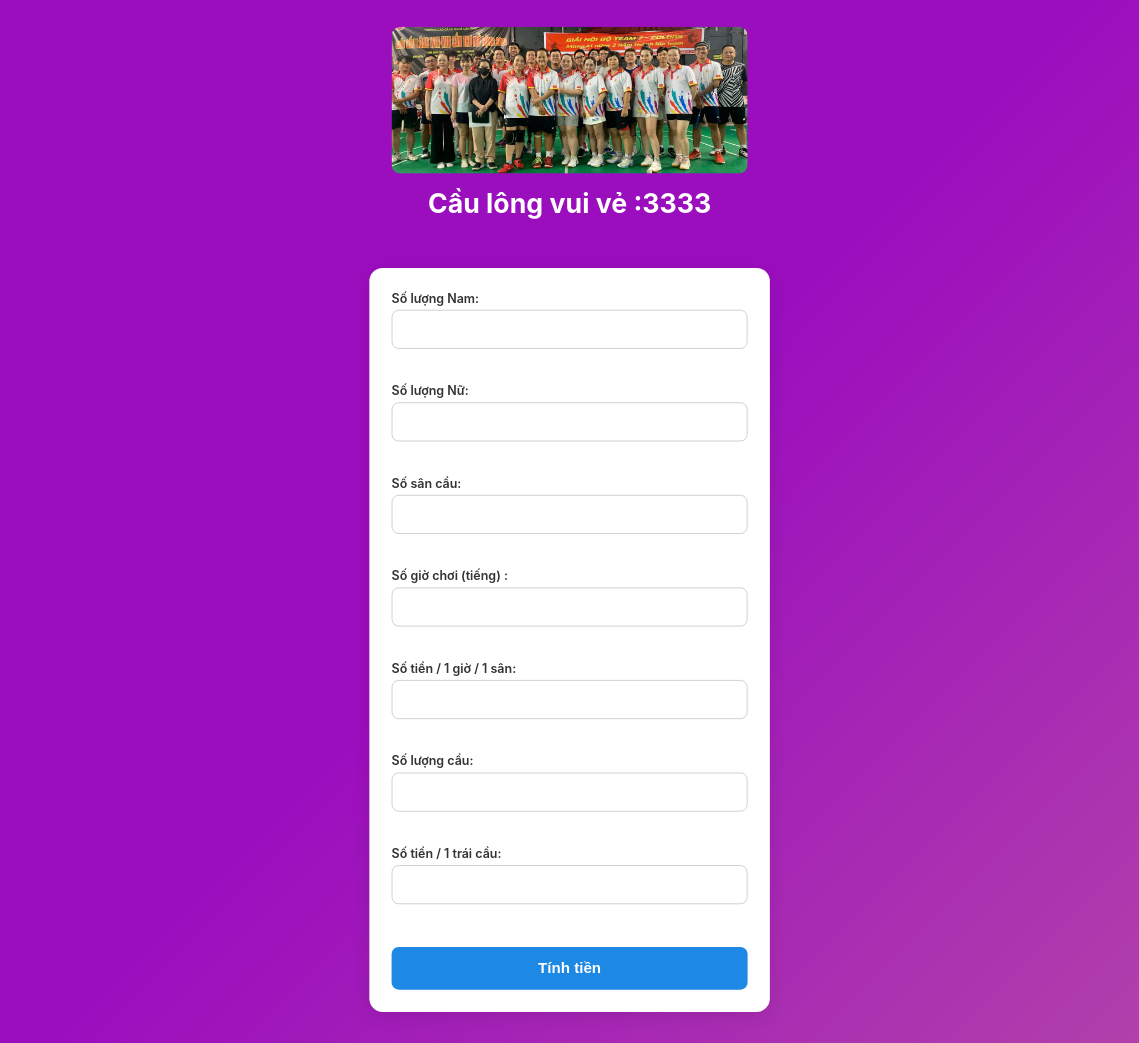
Repository: LuongPTCE181311/Badminton
Page: index.html
These files come from the project's save history. The page is drawn as it stood at one moment and after the next save; the edit follows.
The browser window is 1280 px wide. The pictures show the whole page, at 89% of full size.

Above is the page before, as saved 2025-12-07 22:27:55.

### index.html
<!DOCTYPE html>
<html lang="vi">

<head>
    <meta charset="UTF-8" />
    <meta name="viewport" content="width=device-width, initial-scale=1.0" />
    <title>Tính Tiền Sân Cầu Lông</title>
    <link rel="stylesheet" href="assets/css/style.css" />
</head>

<body>


    <div class="hero">
        <img src="assets/images/Caulongvuive.jpg" id="img" class="hero-img" alt="Group" />
        <h1 class="title">Cầu lông vui vẻ :3333</h1>
    </div>


    <div class="container">
        <form id="calcForm">


            <div class="form-group">
                <label>Số lượng Nam:</label>
                <input type="number" id="men" />
                <span class="error" id="men_err"></span>
            </div>


            <div class="form-group">
                <label>Số lượng Nữ:</label>
                <input type="number" id="women" />
                <span class="error" id="women_err"></span>
            </div>


            <div class="form-group">
                <label>Số sân cầu:</label>
                <input type="number" id="courts" />
                <span class="error" id="courts_err"></span>
            </div>


            <div class="form-group">
                <label>Số giờ chơi (tiếng) :</label>
                <input type="number" id="hours" />
                <span class="error" id="hours_err"></span>
            </div>


            <div class="form-group">
                <label>Số tiền / 1 giờ / 1 sân:</label>
                <input type="number" id="pricePerHour" />
                <span class="error" id="pricePerHour_err"></span>
            </div>


            <div class="form-group">
                <label>Số lượng cầu:</label>
                <input type="number" id="shuttleCount" />
                <span class="error" id="shuttleCount_err"></span>
            </div>


            <div class="form-group">
                <label>Số tiền / 1 trái cầu:</label>
                <input type="number" id="pricePerShuttle" />
                <span class="error" id="pricePerShuttle_err"></span>
            </div>


            <button type="button" id="calculateBtn" class="btn">Tính tiền</button>
        </form>
    </div>


    <div id="resultModal" class="modal hidden">
        <div class="modal-content">
            <h2>Kết Quả Tính Tiền</h2>
            <div id="result"></div>
            <button id="closeModal" class="close-btn">Đóng</button>
        </div>
    </div>


    <script src="assets/js/main.js"></script>
</body>

</html>

### assets/css/style.css
* {
  box-sizing: border-box;
}

body {
  margin: 0;
  padding: 10px;
  font-family: -apple-system, BlinkMacSystemFont, "Segoe UI", Roboto,
    "Helvetica Neue", Arial, sans-serif;
  background: linear-gradient(135deg, #9b0ebe 50%, #b140ab 100%);
  min-height: 100vh;
}

.hero {
  text-align: center;
  padding: 20px 0;
  max-width: 100%;
  overflow: hidden;
}

.hero-img {
  width: 100%;
  max-width: 400px;
  height: auto;
  display: block;
  margin: 0 auto 15px auto;
  border-radius: 10px;
  object-fit: cover;
}

.title {
  font-size: clamp(24px, 5vw, 30px);
  font-weight: bold;
  color: white;
  margin: 10px 0;
  text-shadow: 2px 2px 4px rgba(0, 0, 0, 0 3);
  padding: 0 15px;
}

.container {
  width: calc(100% - 20px);
  max-width: 450px;
  margin: 25px auto;
  background: white;
  padding: 25px;
  border-radius: 15px;
  box-shadow: 0 4px 20px rgba(0, 0, 0, 0.1);
}

.form-group {
  margin-bottom: 15px;
}

label {
  font-weight: 600;
  display: block;
  margin-bottom: 5px;
  font-size: 14px;
  color: #333;
}

input {
  width: 100%;
  padding: 12px;
  border-radius: 8px;
  border: 1px solid #ccc;
  transition: 0.3s;
  font-size: 16px;
  -webkit-appearance: none;
  appearance: none;
}

input:focus {
  outline: none;
  border-color: #1e88e5;
  box-shadow: 0 0 0 3px rgba(30, 136, 229, 0.1);
}

input.error-border {
  border-color: #e53935 !important;
}

.error {
  font-size: 12px;
  color: #e53935;
  display: block;
  margin-top: 5px;
  min-height: 18px;
}

.btn {
  width: 100%;
  padding: 14px;
  background: #1e88e5;
  color: white;
  font-size: 17px;
  font-weight: 600;
  border: none;
  border-radius: 8px;
  cursor: pointer;
  transition: background 0.3s, transform 0.1s;
  margin-top: 10px;
}

.btn:hover {
  background: #1976d2;
}

.btn:active {
  transform: scale(0.98);
}

.modal {
  position: fixed;
  inset: 0;
  background: rgba(0, 0, 0, 0.5);
  display: flex;
  justify-content: center;
  align-items: center;
  z-index: 1000;
  padding: 20px;
}

.hidden {
  display: none !important;
}

.modal-content {
  background: white;
  padding: 25px;
  width: calc(100% - 40px);
  max-width: 400px;
  border-radius: 15px;
  text-align: left;
  box-shadow: 0 4px 15px rgba(0, 0, 0, 0.2);
  max-height: 90vh;
  overflow-y: auto;
}

.modal-content h2 {
  margin-top: 0;
  margin-bottom: 20px;
  text-align: center;
  color: #333;
  font-size: clamp(20px, 4vw, 24px);
}

#result {
  line-height: 1.8;
  font-size: 14px;
  color: #555;
}

#result b {
  color: #333;
}

. close-btn {
  margin-top: 20px;
  background: #e53935;
  color: white;
  padding: 12px;
  width: 100%;
  border: none;
  border-radius: 8px;
  cursor: pointer;
  font-size: 16px;
  font-weight: 600;
  transition: background 0.3s, transform 0.1s;
}

.close-btn:hover {
  background: #d32f2f;
}

. close-btn:active {
  transform: scale(0.98);
}

/* Tablet devices */
@media screen and (max-width: 768px) {
  body {
    padding: 10px;
  }

  . container {
    width: calc(100% - 20px);
    margin: 20px auto;
    padding: 20px;
  }

  . hero {
    padding: 15px 0;
  }

  .hero-img {
    max-width: 350px;
  }
}

/* Mobile devices */
@media screen and (max-width: 480px) {
  body {
    padding: 10px;
  }

  .container {
    width: calc(100% - 20px);
    margin: 15px auto;
    padding: 20px 15px;
    border-radius: 12px;
  }

  .hero {
    padding: 10px 0;
  }

  . hero-img {
    max-width: 100%;
    width: calc(100% - 20px);
    margin: 0 auto 10px auto;
  }

  .title {
    font-size: 22px;
    padding: 0 10px;
  }

  . form-group {
    margin-bottom: 12px;
  }

  label {
    font-size: 14px;
  }

  input {
    padding: 12px;
    font-size: 16px;
  }

  .btn {
    padding: 14px;
    font-size: 16px;
  }

  . modal {
    padding: 15px;
  }

  .modal-content {
    width: calc(100% - 30px);
    padding: 20px;
    border-radius: 12px;
  }

  .modal-content h2 {
    font-size: 20px;
    margin-bottom: 15px;
  }

  #result {
    font-size: 13px;
    line-height: 1.7;
  }

  .close-btn {
    padding: 12px;
    font-size: 15px;
  }
}

/* Very small mobile devices */
@media screen and (max-width: 360px) {
  body {
    padding: 8px;
  }

  . container {
    width: calc(100% - 16px);
    padding: 15px 12px;
  }

  . title {
    font-size: 20px;
  }

  . hero-img {
    width: calc(100% - 16px);
  }

  input {
    padding: 10px;
  }

  .btn {
    padding: 12px;
    font-size: 15px;
  }

  .modal-content {
    width: calc(100% - 24px);
    padding: 15px;
  }

  #result {
    font-size: 12px;
  }
}

/* Landscape orientation on mobile */
@media screen and (max-height: 600px) and (orientation: landscape) {
  body {
    padding: 5px;
  }

  . hero {
    padding: 5px 0;
  }

  .hero-img {
    max-width: 200px;
    max-height: 120px;
    margin-bottom: 5px;
  }

  .title {
    font-size: 18px;
    margin: 5px 0;
  }

  .container {
    margin: 10px auto;
    width: calc(100% - 10px);
    max-width: 600px;
  }

  . modal-content {
    max-height: 85vh;
  }
}

### assets/js/main.js
// ===================== VALIDATION =========================

function setError(id, message) {
  const input = document.getElementById(id);
  const err = document.getElementById(id + "_err");
  err.textContent = message;
  input.classList.add("error-border");
}

function clearError(id) {
  const input = document.getElementById(id);
  const err = document.getElementById(id + "_err");
  err.textContent = "";
  input.classList.remove("error-border");
}

function validateField(id) {
  const value = document.getElementById(id).value.trim();

  switch (id) {
    case "men":
    case "women":
      if (value === "" || isNaN(value) || parseInt(value) < 0) {
        setError(id, "Giá trị phải ≥ 0");
        return false;
      }
      // Kiểm tra cả nam và nữ đều là 0
      const men = parseInt(document.getElementById("men").value) || 0;
      const women = parseInt(document.getElementById("women").value) || 0;
      if (men === 0 && women === 0) {
        setError(id, "Nam + Nữ phải ≥ 1");
        return false;
      }
      break;

    case "courts":
      if (value === "" || isNaN(value) || parseInt(value) <= 0) {
        setError(id, "Số sân phải > 0");
        return false;
      }
      break;

    case "hours":
      if (value === "" || isNaN(value) || parseFloat(value) <= 0) {
        setError(id, "Số giờ phải > 0 (cho phép thập phân)");
        return false;
      }
      break;

    case "pricePerHour":
      if (value === "" || isNaN(value) || parseInt(value) < 1000) {
        setError(id, "Tiền / giờ phải ≥ 1000đ");
        return false;
      }
      break;

    case "shuttleCount":
      if (value === "" || isNaN(value) || parseInt(value) <= 0) {
        setError(id, "Số lượng cầu phải > 0");
        return false;
      }
      break;

    case "pricePerShuttle":
      if (value === "" || isNaN(value) || parseInt(value) < 1000) {
        setError(id, "Tiền 1 trái cầu phải ≥ 1000đ");
        return false;
      }
      break;
  }

  clearError(id);
  return true;
}

// Gắn validate realtime
[
  "men",
  "women",
  "courts",
  "hours",
  "pricePerHour",
  "shuttleCount",
  "pricePerShuttle",
].forEach((id) => {
  document.getElementById(id).addEventListener("input", () => {
    validateField(id);
    // Khi thay đổi nam hoặc nữ, validate cả 2 trường
    if (id === "men" || id === "women") {
      const otherId = id === "men" ? "women" : "men";
      validateField(otherId);
    }
  });
});

// ===================== MODAL =========================

function closeModal() {
  document.getElementById("resultModal").classList.add("hidden");
}

function openModal() {
  document.getElementById("resultModal").classList.remove("hidden");
}

document.getElementById("closeModal").addEventListener("click", closeModal);

function roundUpToThousand(num) {
  return Math.ceil(num / 1000) * 1000;
}

// ===================== THUẬT TOÁN TỐI ƯU =========================

function findOptimalSplit(total, men, women) {
  let bestSolution = null;
  let minDifference = Infinity; // Chênh lệch giữa tổng thực tế và tổng dự kiến

  // Thử các chênh lệch từ 3000đ đến 5000đ
  for (let targetDiff = 3000; targetDiff <= 5000; targetDiff += 1000) {
    // Giải hệ phương trình để tìm perMan và perWoman ban đầu
    // perMan * men + perWoman * women = total
    // perMan - perWoman = targetDiff

    let perWoman = (total - targetDiff * men) / (men + women);
    let perMan = perWoman + targetDiff;

    // Làm tròn lên 1000đ
    perWoman = roundUpToThousand(perWoman);
    perMan = roundUpToThousand(perMan);

    // Điều chỉnh để đảm bảo chênh lệch trong khoảng 3000-5000
    while (perMan - perWoman < 3000) {
      perMan += 1000;
    }
    while (perMan - perWoman > 5000) {
      perWoman += 1000;
    }

    // Tính tổng thực tế
    let actualTotal = perMan * men + perWoman * women;

    // Nếu tổng thực tế < tổng dự kiến, tăng dần
    while (actualTotal < total) {
      // Thử tăng perWoman trước (ít ảnh hưởng hơn nếu số nữ ít)
      const option1Woman = perWoman + 1000;
      const option1Total = perMan * men + option1Woman * women;

      // Kiểm tra xem có cần tăng perMan để giữ chênh lệch không
      if (perMan - option1Woman < 3000) {
        perMan += 1000;
      }
      perWoman = option1Woman;
      actualTotal = perMan * men + perWoman * women;
    }

    // Kiểm tra chênh lệch nam/nữ vẫn trong khoảng hợp lệ
    const genderDiff = perMan - perWoman;
    if (genderDiff < 3000 || genderDiff > 5000) {
      continue; // Bỏ qua phương án này
    }

    // So sánh với phương án tốt nhất
    const difference = actualTotal - total;
    if (difference < minDifference) {
      minDifference = difference;
      bestSolution = {
        perMan: perMan,
        perWoman: perWoman,
        actualTotal: actualTotal,
        genderDiff: genderDiff,
      };
    }
  }

  return bestSolution;
}

// ===================== CALCULATE =========================

document.getElementById("calculateBtn").addEventListener("click", function () {
  let ok = true;
  const ids = [
    "men",
    "women",
    "courts",
    "hours",
    "pricePerHour",
    "shuttleCount",
    "pricePerShuttle",
  ];

  ids.forEach((id) => {
    if (!validateField(id)) ok = false;
  });

  if (!ok) return;

  const men = parseInt(document.getElementById("men").value) || 0;
  const women = parseInt(document.getElementById("women").value) || 0;
  const courts = parseInt(document.getElementById("courts").value);
  const hours = parseFloat(document.getElementById("hours").value);
  const pHour = parseInt(document.getElementById("pricePerHour").value);
  const scount = parseInt(document.getElementById("shuttleCount").value);
  const pShut = parseInt(document.getElementById("pricePerShuttle").value);

  // Tính tổng: (số sân × số giờ × giá/giờ) + (số cầu × giá cầu)
  const courtCost = courts * hours * pHour;
  const shuttleCost = scount * pShut;
  const total = courtCost + shuttleCost;

  let perMan = 0,
    perWoman = 0,
    actualTotal = 0;

  if (men > 0 && women > 0) {
    // Sử dụng thuật toán tối ưu
    const solution = findOptimalSplit(total, men, women);
    perMan = solution.perMan;
    perWoman = solution.perWoman;
    actualTotal = solution.actualTotal;

    document.getElementById("result").innerHTML = `
        <b>Chi tiết chi phí:</b><br>
        • Tiền sân: ${courts} sân × ${hours}h × ${pHour.toLocaleString(
      "vi-VN"
    )}đ = ${courtCost.toLocaleString("vi-VN")} VND<br>
        • Tiền cầu: ${scount} cầu × ${pShut.toLocaleString(
      "vi-VN"
    )}đ = ${shuttleCost.toLocaleString("vi-VN")} VND<br><br>

        <b>Tổng dự kiến:</b> ${total.toLocaleString("vi-VN")} VND<br>
        <b>Tổng thực tế:</b> ${actualTotal.toLocaleString("vi-VN")} VND<br>
        <b>Chênh lệch tổng:</b> +${(actualTotal - total).toLocaleString(
          "vi-VN"
        )} VND<br><br>

        <b>Tiền mỗi nam:</b> ${perMan.toLocaleString("vi-VN")} đ (x${men})<br>
        <b>Tiền mỗi nữ:</b> ${perWoman.toLocaleString(
          "vi-VN"
        )} đ (x${women})<br><br>

        <b>Chênh lệch Nam/Nữ:</b> ${(perMan - perWoman).toLocaleString(
          "vi-VN"
        )} đ
    `;
  } else if (men > 0) {
    perMan = roundUpToThousand(total / men);
    actualTotal = perMan * men;

    document.getElementById("result").innerHTML = `
        <b>Chi tiết chi phí:</b><br>
        • Tiền sân: ${courts} sân × ${hours}h × ${pHour.toLocaleString(
      "vi-VN"
    )}đ = ${courtCost.toLocaleString("vi-VN")} VND<br>
        • Tiền cầu: ${scount} cầu × ${pShut.toLocaleString(
      "vi-VN"
    )}đ = ${shuttleCost.toLocaleString("vi-VN")} VND<br><br>

        <b>Tổng dự kiến:</b> ${total.toLocaleString("vi-VN")} VND<br>
        <b>Tổng thực tế:</b> ${actualTotal.toLocaleString("vi-VN")} VND<br>
        <b>Chênh lệch:</b> +${(actualTotal - total).toLocaleString(
          "vi-VN"
        )} VND<br><br>

        <b>Tiền mỗi nam:</b> ${perMan.toLocaleString("vi-VN")} đ (x${men})
    `;
  } else {
    perWoman = roundUpToThousand(total / women);
    actualTotal = perWoman * women;

    document.getElementById("result").innerHTML = `
        <b>Chi tiết chi phí:</b><br>
        • Tiền sân: ${courts} sân × ${hours}h × ${pHour.toLocaleString(
      "vi-VN"
    )}đ = ${courtCost.toLocaleString("vi-VN")} VND<br>
        • Tiền cầu: ${scount} cầu × ${pShut.toLocaleString(
      "vi-VN"
    )}đ = ${shuttleCost.toLocaleString("vi-VN")} VND<br><br>

        <b>Tổng dự kiến:</b> ${total.toLocaleString("vi-VN")} VND<br>
        <b>Tổng thực tế:</b> ${actualTotal.toLocaleString("vi-VN")} VND<br>
        <b>Chênh lệch:</b> +${(actualTotal - total).toLocaleString(
          "vi-VN"
        )} VND<br><br>

        <b>Tiền mỗi nữ:</b> ${perWoman.toLocaleString("vi-VN")} đ (x${women})
    `;
  }

  openModal();
});

After the next save:
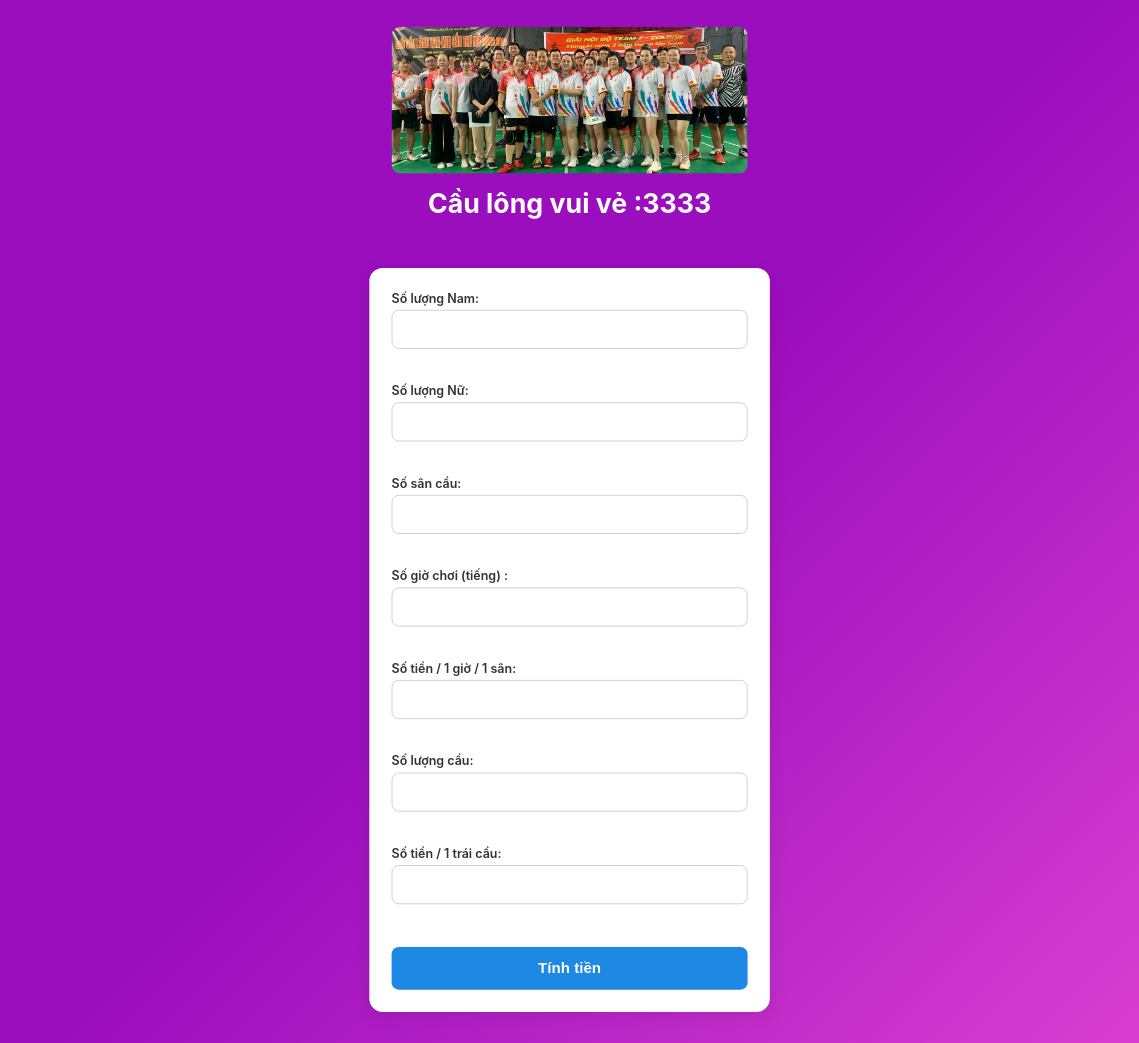
Saved 12 s later.
--- a/assets/css/style.css
+++ b/assets/css/style.css
@@ -7,7 +7,7 @@ body {
   padding: 10px;
   font-family: -apple-system, BlinkMacSystemFont, "Segoe UI", Roboto,
     "Helvetica Neue", Arial, sans-serif;
-  background: linear-gradient(135deg, #9b0ebe 50%, #b140ab 100%);
+  background: linear-gradient(135deg, #9b0ebe 50%, #d83ed0 100%);
   min-height: 100vh;
 }
 
